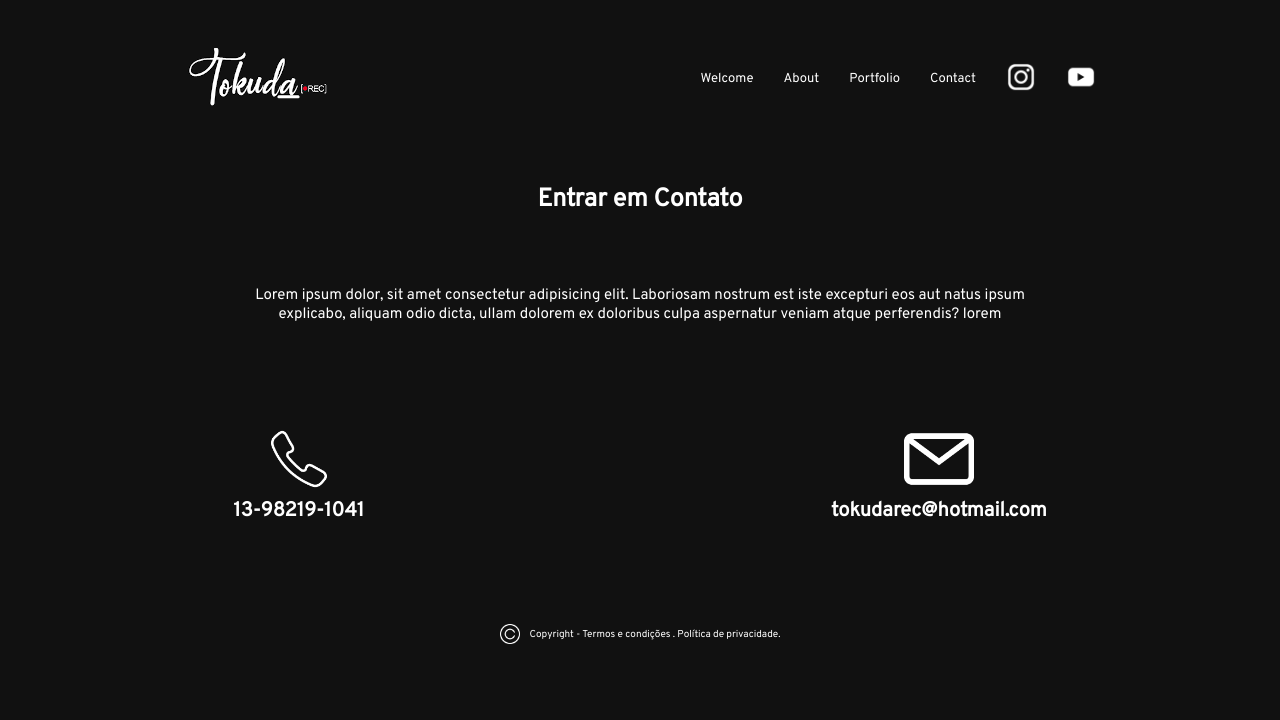
Repository: Lucasbeze/Project-FilmMaker
Page: projeto-alex/pages/contact.html
These files come from the project's save history. The page is drawn as it stood at one moment and after the next save; the edit follows.
The browser window is 1280 px wide. The pictures show the whole page.

Above is the page before, as saved 2022-08-26 16:43:24.

### projeto-alex/pages/contact.html
<!DOCTYPE html>
<html lang="pt-br">
<head>
  <meta charset="UTF-8">
  <meta http-equiv="X-UA-Compatible" content="IE=edge">
  <meta name="viewport" content="width=device-width, initial-scale=1.0">
  <title>Contact</title>
  <link rel="stylesheet" href="/css/contact.css">
  <link rel="shortcut icon" href="../imagens/faviconlogo.png" type="image/x-icon">
</head>
<body>
  <header>
    <a href="/"><img src="../imagens/logonovo.png" alt="logo-alextokuda"></a>
    <nav>
      <a href="/">Welcome</a>
      <a href="/about">About</a>
      <a href="/portfolio">Portfolio</a>
      <a href="/contact">Contact</a>
      <a href="https://www.instagram.com/" target="_blank"><img src="../imagens/instagram.png" alt="icon-instagram"></a>
      <a href="https://www.youtube.com/" target="_blank"><img src="../imagens/youtube.png" alt="icon-youtube"></a>
    </nav>
  </header>
  <main>
    <div class="main-page">
      <h1>Entrar em Contato</h1>
      <p>Lorem ipsum dolor, sit amet consectetur adipisicing elit. Laboriosam nostrum est iste excepturi eos aut natus ipsum explicabo, aliquam odio dicta, ullam dolorem ex doloribus culpa aspernatur veniam atque perferendis? lorem</p>
    </div>


    <div class="tel-mail">
      <div class="tel">
          <img src="../imagens/telefone (1).png" alt="icon-telefone">
          <h1>13-98219-1041</h1>

        </div>

        <div class="mail">

          <img src="../imagens/o-email.png" alt="icone-meial">
          <h1>tokudarec@hotmail.com</h1>
        </div>
    </div>


  </main>
  <footer>
    <img src="../imagens/copyright.png" alt="copyright-icon">
    <p>Copyright - Termos e condições . Política de privacidade. </p>
  </footer>

### projeto-alex/css/contact.css
@import url('https://fonts.googleapis.com/css2?family=Overpass&display=swap');

*{
  margin:0;
  padding:0;
  box-sizing:border-box;
}
:root {
  --main-bg-color:#111111;
  --text-color:#FFFFFF;
  --ff-text:'Overpass', sans-serif;
  --color-button: #D9D9D9;
  --color-butttonh:#afafaf ;
  font-size: 62.5%;
}
body{
  background-color:var(--main-bg-color);
  font-family:'Overpass', sans-serif;;
}
header{
  margin-top: 4.4rem;
  display: flex;
  align-items: center;
  justify-content: space-around;

}
header nav{
  font-size: 1.3rem;
  display: flex;
  align-items:center;
  gap: 30px;
}
header nav a {
  text-decoration: none;
  color:var(--text-color);
}
header nav img {
  width: 30px;
}
main {
  text-align: center;
}
.main-page {
  display: flex;
  align-items: center;
  flex-direction: column;
  justify-content: center;
}
.main-page h1 {
  margin-top:7rem;
  color: var(--text-color);
  font-size: 2.5rem;
}
.main-page p {
  width: 80rem;
  margin-top: 7rem;
  color: var(--text-color);
  font-size: 1.5rem;
}
.tel-mail {
  margin:10rem auto ;
  color: var(--text-color);
  display: flex;
  justify-content: space-around;
  align-items: center;
}
.tel img{
  width: 7rem;
}
.mail img{
  width: 7rem;
}
footer{
  margin-top: 6rem;
  display:flex;
  align-items: center;
  justify-content: center;
  align-content: center;
  gap: 1rem;
  color: var(--text-color);
}
footer img{
  width:20px;
}

After the next save:
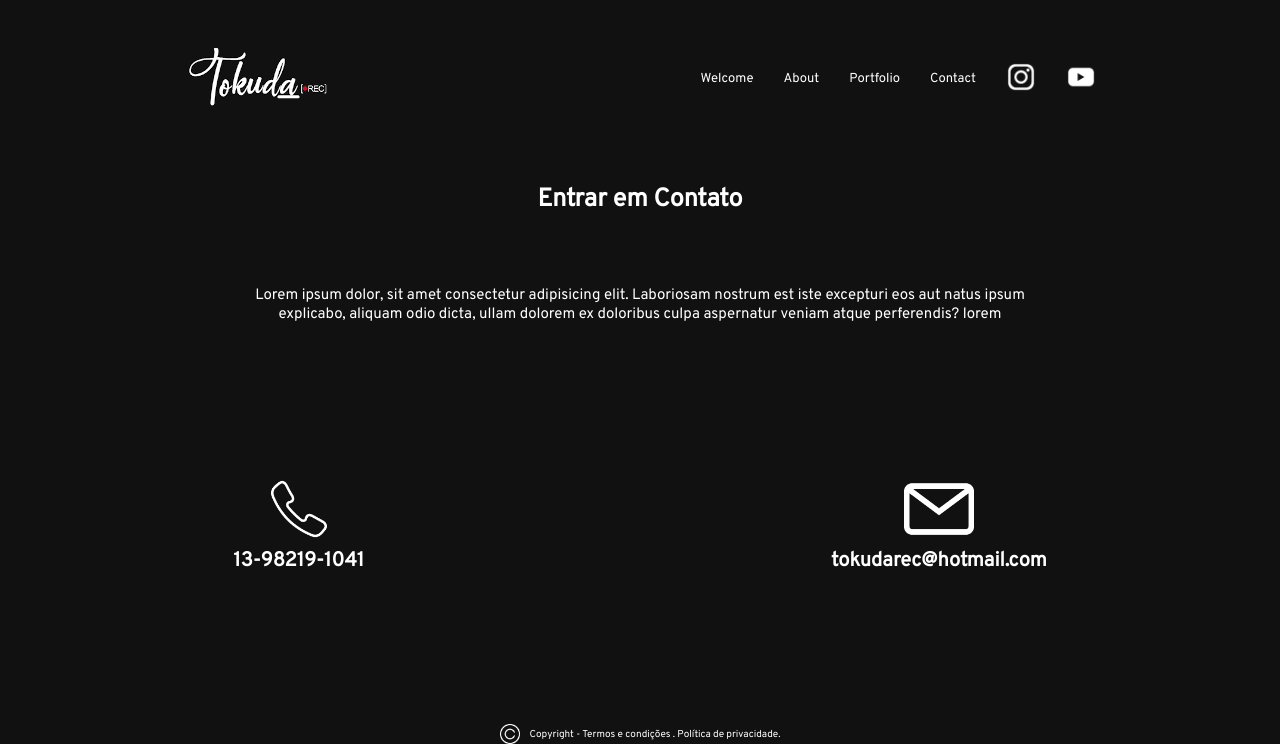
Saved 5 s later.
--- a/projeto-alex/css/contact.css
+++ b/projeto-alex/css/contact.css
@@ -58,7 +58,7 @@ main {
   font-size: 1.5rem;
 }
 .tel-mail {
-  margin:10rem auto ;
+  margin:15rem auto ;
   color: var(--text-color);
   display: flex;
   justify-content: space-around;
